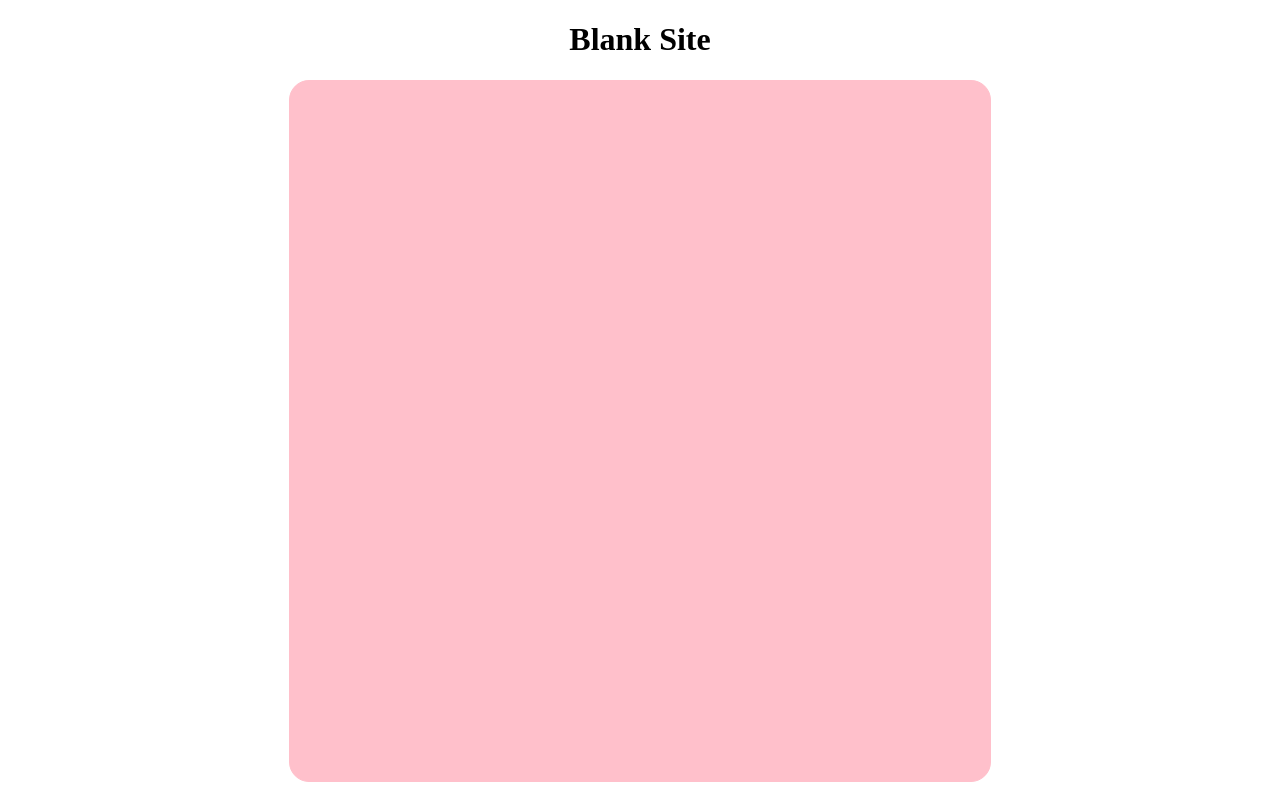
Repository: yhung004/Blank_Project
Page: index.html
These files come from the project's save history. The page is drawn as it stood at one moment and after the next save; the edit follows.
The browser window is 1280 px wide. The pictures show the whole page.

Above is the page before, as saved 2024-04-04 02:30:03.

### index.html
<!DOCTYPE html>
<html lang="en">
<head>
    <meta charset="UTF-8">
    <meta name="viewport" content="width=device-width, initial-scale=1.0">
    <title>Blank_Project</title>
    <link rel="stylesheet" href="index.css">
</head>
<body>
    <h1 class="header1">Blank Site</h1>
    <div class="main">

    </div>

</body>
</html>

### index.css
.header1 {
    text-align: center;
}
.main {
    background-color: pink;
    width: 700px;
    height: 700px;
    margin:auto;
    border: 1px solid pink;
    border-radius: 20px;
}

After the next save:
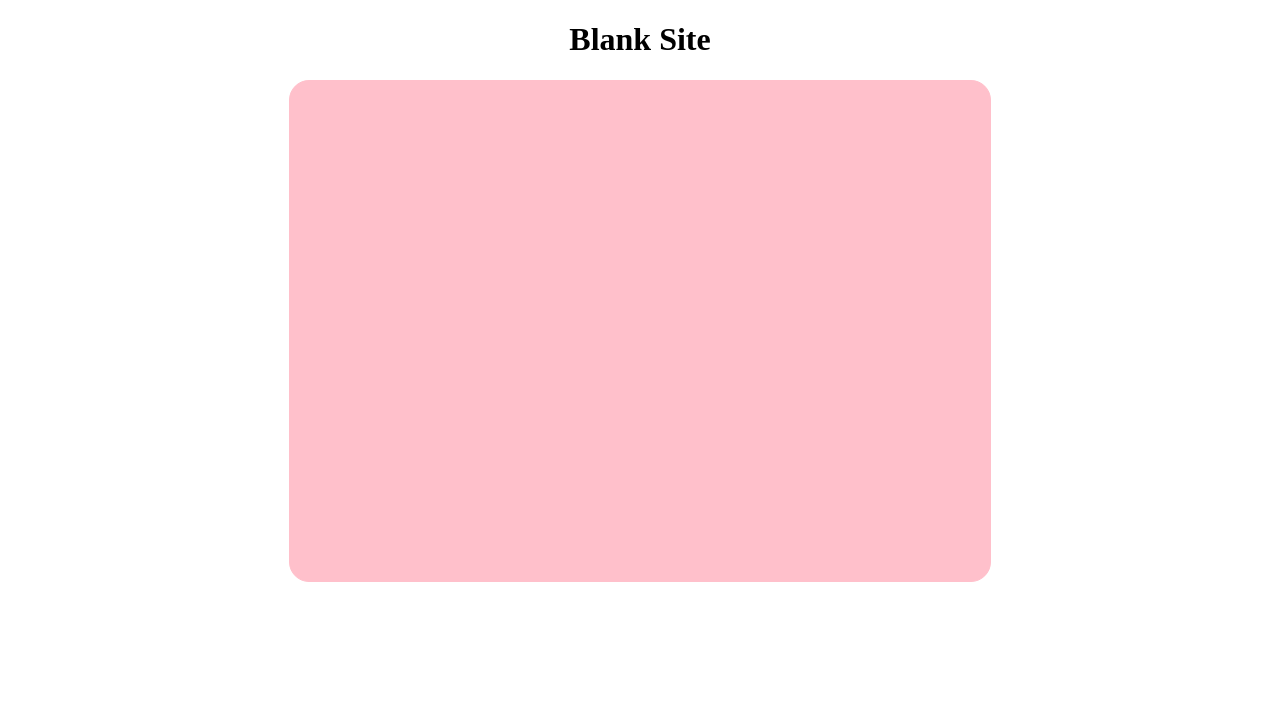
Saved 25 s later.
--- a/index.css
+++ b/index.css
@@ -4,7 +4,7 @@
 .main {
     background-color: pink;
     width: 700px;
-    height: 700px;
+    height: 500px;
     margin:auto;
     border: 1px solid pink;
     border-radius: 20px;
